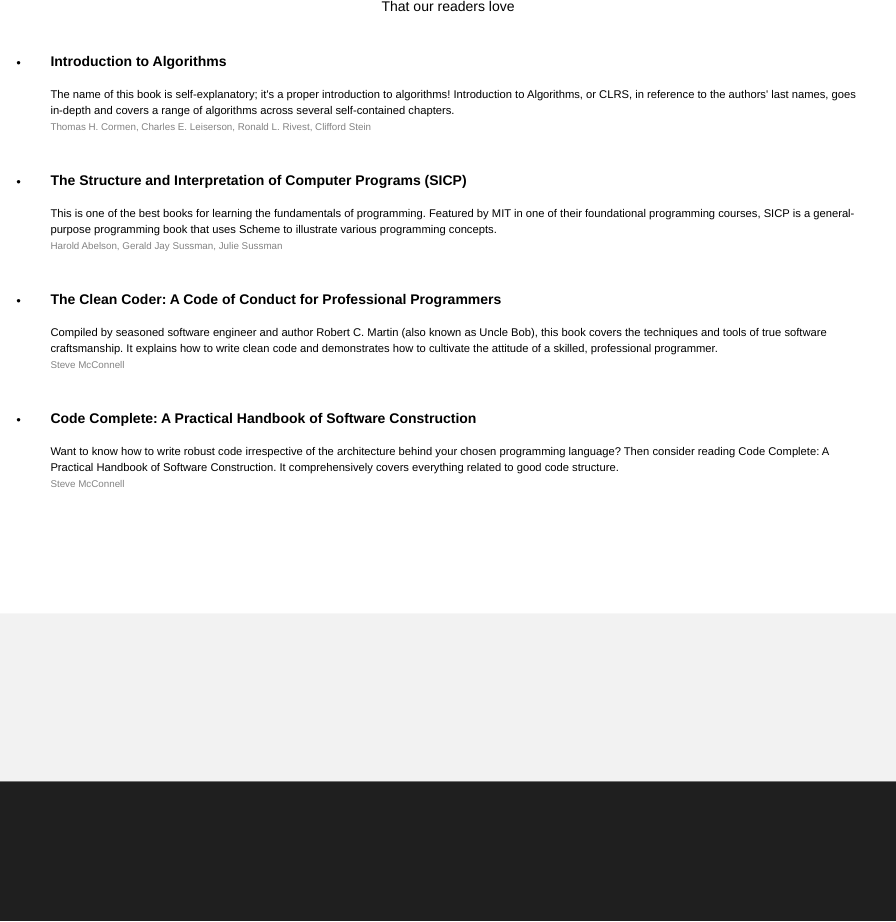
Repository: MWilliams-26/se_project_library
Page: index.html
An editor plug-in stored every save of this project. The page is shown before and after the next save, followed by the edit.
The browser window is 1280 px wide. The pictures show the part of the page from y = 1725 to 3645 px (the page is 3042 px tall before and 4202 px after), at 70% of full size.

Above is the page before, as saved 2023-04-03 10:29:37.

### index.html
<!DOCTYPE html>
<html lang="en">
  <head>
    <meta charset="UTF-8" />
    <meta name="viewport" content="width=device-width, initial-scale=1.0" />
    <title>Practicum Library</title>
    <link rel="shortcut icon" href="favicon.ico" />
    <link rel="stylesheet" href="./styles/normalize.css" />
    <link rel="stylesheet" href="./styles/style.css" />
  </head>

  <body>
    <!-- Wrap the entire page content in a new div with the page class. Remember to add the closing tag -->
    <div class="page">
      <header class="header">
        <nav class="nav">
          <img
            src="./images/logo.png"
            alt="Practicum Library Logo"
            class="logo"
          />
          <!-- Putting navigation links in a list is supposed to be the best practice of writing the semantic code since it allows screen readers to pause between each link instead of reading all the links as a sentence. -->
          <ul class="nav__links">
            <li>
              <a class="nav__link">Staff picks</a>
            </li>
            <li>
              <a class="nav__link">Events</a>
            </li>
            <li>
              <a class="nav__link">Become a member</a>
            </li>
            <li>
              <a class="nav__link">About</a>
            </li>
            <li>
              <a class="nav__link">Contacts</a>
            </li>
          </ul>
        </nav>
        <h1 class="header__title">Welcome to the Practicum Library</h1>
        <p class="header__description">
          We're pleased to open our library doors to everyone! Come and expand
          your development knowledge, or just use this lovely spot to work or
          study. This is a cool place for cool students!
        </p>
        <!-- ----------------------------------------------------------------- -->
        <!--               Don't uncomment until project stage 2               -->
        <!-- ----------------------------------------------------------------- -->
        <img
          src="./images/inside_the_library.png"
          alt="Illustration 'Inside the library'"
          class="header__image"
        />
        <div class="header__footer">
          <a class="header__link">About the library &darr;</a>
          <p class="header__address">
            200 Success Avenue, The Town of Practicum
          </p>
        </div>
      </header>

      <main class="content">
        <section class="events">
          <div class="events__content">
            <h2 class="events__heading">Upcoming events:</h2>
            <h3 class="events__title">
              In honor of Joan Feynman: Women in astrophysics
            </h3>
            <div class="event-info events__info-section">
              <div class="event-info__item">
                <div
                  class="event-info__icon event-info__icon_type_calendar"
                ></div>
                <p class="event-info__text">Mon, January 12</p>
              </div>
              <div class="event-info__item">
                <div class="event-info__icon event-info__icon_type_pin"></div>
                <p class="event-info__text">
                  Practicum Library Conference Hall & Online
                </p>
              </div>
            </div>
            <p class="events__description">
              At this event, which celebrates the library's namesake, our guest
              lecturer will take us on a journey exploring some of the most
              prominent female researchers in the world of space science. It's
              easy to buy into the misconception that this field was mostly
              dominated by men, but our lecture aims to change that notion and
              prove that this hasn't been the case since at least the 18th
              century.
            </p>
            <a href="#" class="events__more">More events &rarr;</a>
          </div>
          <div class="events__cover">
            <img
              class="events__image"
              src="images/cafe.png"
              alt="events image"
            />
            <div class="person person_name_feynman">
              <p class="person__caption">Joann Feynman</p>
              <img
                class="person__image person__image_size_l"
                src="images/person_feynman.png"
                alt="Joann Feyman"
              />
            </div>
            <div class="person person_name_burbidge">
              <p class="person__caption">Margaret Burbidge</p>
              <img
                class="person__image person__image_size_m"
                src="images/person_burbidge.png"
                alt="Margaret Burbidge"
              />
            </div>
            <div class="person person_name_cannon">
              <img
                class="person__image person__image_size_m"
                src="images/person_cannon.png"
                alt="Annie Jump Cannon"
              />
              <p class="person__caption">Annie Jump Cannon</p>
            </div>
            <div class="person person_name_burbidge">
              <p class="person__caption">Margaret Burbidge</p>
              <img
                class="person__image person__image_size_m"
                src="images/person_burbidge.png"
                alt="Margaret Burbidge"
              />
            </div>
            <div class="person person_name_mitchell">
              <img
                class="person__image person__image_size_s"
                src="images/person_mitchell.png"
                alt="Maria Mitchell"
              />
              <p class="person__caption">Maria Mitchell</p>
            </div>
            <div class="person person_name_tarter">
              <p class="person__caption">Jill Tarter</p>
              <img
                class="person__image person__image_size_m"
                src="images/person_tarter.png"
                alt="Jill Tarter"
              />
            </div>
          </div>
        </section>

        <section class="staff">
          <!-- --------------------------------------------------------------- -->
          <!--        Don't uncomment until the final project stage            -->
          <!-- --------------------------------------------------------------- -->
          <h2 class="staff__title">Staff picks</h2>
          <p class="staff__subtitle">That our readers love</p>
          <ul>
            <li class="card">
              <div class="card__content">
                <h3 class="card__title">Introduction to Algorithms</h3>
                <p class="card__text">
                  The name of this book is self-explanatory; it's a proper
                  introduction to algorithms! Introduction to Algorithms, or
                  CLRS, in reference to the authors' last names, goes in-depth
                  and covers a range of algorithms across several self-contained
                  chapters.
                </p>
                <p class="card__footer">
                  Thomas H. Cormen, Charles E. Leiserson, Ronald L. Rivest,
                  Clifford Stein
                </p>
              </div>
            </li>

            <li class="card">
              <div class="card__content">
                <h3 class="card__title">
                  The Structure and Interpretation of Computer Programs (SICP)
                </h3>
                <p class="card__text">
                  This is one of the best books for learning the fundamentals of
                  programming. Featured by MIT in one of their foundational
                  programming courses, SICP is a general-purpose programming
                  book that uses Scheme to illustrate various programming
                  concepts.
                </p>
                <p class="card__footer">
                  Harold Abelson, Gerald Jay Sussman, Julie Sussman
                </p>
              </div>
            </li>

            <li class="card">
              <div class="card__content">
                <h3 class="card__title">
                  The Clean Coder: A Code of Conduct for Professional
                  Programmers
                </h3>
                <p class="card__text">
                  Compiled by seasoned software engineer and author Robert C.
                  Martin (also known as Uncle Bob), this book covers the
                  techniques and tools of true software craftsmanship. It
                  explains how to write clean code and demonstrates how to
                  cultivate the attitude of a skilled, professional programmer.
                </p>
                <p class="card__footer">Steve McConnell</p>
              </div>
            </li>

            <li class="card">
              <div class="card__content">
                <h3 class="card__title">
                  Code Complete: A Practical Handbook of Software Construction
                </h3>
                <p class="card__text">
                  Want to know how to write robust code irrespective of the
                  architecture behind your chosen programming language? Then
                  consider reading Code Complete: A Practical Handbook of
                  Software Construction. It comprehensively covers everything
                  related to good code structure.
                </p>
                <p class="card__footer">Steve McConnell</p>
              </div>
            </li>
          </ul>
        </section>

        <section class="membership">
          <!-- --------------------------------------------------------------- -->
          <!--         Don't uncomment until the final project stage           -->
          <!-- --------------------------------------------------------------- -->
          <!--<h2 class="membership__title">Becoming a library member is easy!</h2>
        <ul class="membership__steps">
          <li class="step">
            <h3 class="step__title">
              Step 1
              <img
                src="./images/icon_step_forward.svg"
                alt="icon forward"
                class="step__icon"
              />
            </h3>
            <p class="step__description">
              Fill out the membership form online or in person.
            </p>
          </li>
          <li class="step">
            <h3 class="step__title">
              Step 2
              <img
                src="./images/icon_step_forward.svg"
                alt="icon forward"
                class="step__icon"
              />
            </h3>
            <p class="step__description">
              Come pick up your library card at the front desk.
            </p>
          </li>
          <li class="step">
            <h3 class="step__title">
              Step 3
              <img
                src="./images/icon_step_forward.svg"
                alt="icon forward"
                class="step__icon"
              />
            </h3>
            <p class="step__description">Sign the back of the card.</p>
          </li>
          <li class="step">
            <h3 class="step__title">
              Step 4
              <img
                src="./images/icon_step_finish.svg"
                alt="icon finish"
                class="step__icon"
              />
            </h3>
            <p class="step__description">
              Enjoy all the awesome benefits of membership!
            </p>
          </li>
        </ul>-->
        </section>

        <section class="about">
          <!-- --------------------------------------------------------------- -->
          <!--          Don't uncomment until the final project stage          -->
          <!-- --------------------------------------------------------------- -->
          <!--<h2 class="about__title">About the library</h2>
        <div class="about__content">
          <p class="about__paragraph">
            Libraries are essential establishments in practically every city,
            and Practicum's library is no exception. It first opened its doors
            way back in 2018, right as our humble town began bidding welcome to
            its very first citizens!
          </p>
          <p class="about__paragraph">
            Since its initial opening, the library has seen nearly 342 visitors
            each month. That's almost 50% of our population! So far, most
            citizens have enjoyed reading books and making use of our ample
            online resources.
          </p>
          <p class="about__paragraph">
            The library gets its name from Joan Feynman, an American
            astrophysicist and the first woman to be elected as an officer of
            the American Geophysical Union.
          </p>
        </div>
        <div class="about__circle"></div> -->
        </section>
      </main>
      <footer class="footer">
        <!-- ----------------------------------------------------------------- -->
        <!--          Don't uncomment until the final project stage            -->
        <!-- ----------------------------------------------------------------- -->
      </footer>
    </div>
  </body>
</html>

### styles/style.css
.page {
  /* Add page class properties here */
  min-width: 1100px;
  max-width: 1600px;
  margin: 0 auto;
  font-family: Helvetica Neue, Arial, sans-serif;
  font-size: 16px;
  line-height: 20px;
}

.header {
  height: 100vh;
  min-height: 720px;
  max-height: 800px;
  padding: 30px 80px 0;
  position: relative;
  box-sizing: border-box;
}

.nav {
  /* Add flex properties here */
  display: flex;
  justify-content: space-between;
  align-items: stretch;
  flex-flow: row wrap;
  margin-top: 8px;
}

.logo {
  width: 196px;
  height: 60px;
}

.nav__links {
  /* Reset default list styles here */
  margin: 0 0 0;
  display: flex;
  column-gap: 20px;
  list-style: none;
}

.nav__link {
  color: #000000;
  text-decoration: none;
  font-weight: bold;
}

.header__title {
  font-size: 66px;
  line-height: 76px;
  font-weight: 500;
  max-width: 544px;
  margin-top: 150px;
  margin-bottom: 32px;
}

.header__description {
  font-size: 20px;
  line-height: 30px;
  max-width: 532px;
}

.header__image {
  position: absolute;
  max-width: 636px;
  top: 135px;
  right: 20px;
  z-index: 1;
}

.header__footer {
  position: absolute;
  left: 0;
  bottom: 40px;
  width: 100%;
  display: flex;
  align-items: center;
  padding: 40px 80px 0;
  justify-content: space-between;
  box-sizing: border-box;
}

.header__link {
  color: #2f80ed;
  text-decoration: none;
}

.header__address {
  margin: 0;
  color: #838383;
}

.events {
  padding: 100px 0 120px 80px;
  display: flex;
  align-items: start;
  justify-content: space-between;
  box-sizing: border-box;
  background-color: #f2f2f2;
}
.events__content {
  flex-basis: 580px;
}

.events__heading {
  font-size: 20px;
  font-weight: 500;
  line-height: 30px;
  margin: 0;
}

.events__title {
  font-size: 44px;
  font-weight: 500;
  line-height: 52px;
  margin: 32px 0 0;
}

.events__info-section {
  margin-top: 32px;
}

.event-info__item {
  display: flex;
  align-items: center;
  margin-bottom: 4px;
  font-weight: 500;
}

.event-info__icon {
  background-repeat: no-repeat;
  background-position: center;
  margin-right: 12px;
  width: 24px;
  height: 24px;
}

.event-info__icon_type_calendar {
  background-image: url(../images/icon_calendar.svg);
}

.event-info__icon_type_pin {
  background-image: url(../images/icon_pin.svg);
}

.event-info__text {
  font-size: 20px;
  font-weight: 500;
  line-height: 30px;
  margin: 0;
}

.events__description {
  margin: 40px 0 60px;
}

.events__more {
  color: #2f80ed;
  text-decoration: none;
}

.events__cover {
  flex-grow: 1;
  flex-shrink: 0;
  flex-basis: 780px;
  max-width: 780px;
  position: relative;
}

.events__image {
  max-width: 100%;
}

.person {
  position: absolute;
  display: flex;
  align-items: center;
  flex-direction: column;
  gap: 10px;
}

.person_name_feynman {
  position: absolute;
  top: -30px;
  left: 319px;
}

.person_name_burbidge {
  top: 96px;
  right: 125px;
}

.person_name_cannon {
  bottom: 18px;
  right: 216px;
}

.person_name_mitchell {
  bottom: 82px;
  left: 142px;
}

.person_name_tarter {
  top: 79px;
  left: 159px;
}

.person__image {
  max-width: 100%;
}

.person__image_size_l {
  width: 140px;
}

.person__image_size_m {
  width: 100px;
}

.person__image_size_s {
  width: 80px;
}

.person__caption {
  text-align: center;
  font-size: 14px;
  margin: 0;
}
.staff {
  padding: 100px 0 140px;
}

.staff__title {
  text-align: center;
  font-size: 44px;
  line-height: 52px;
  margin: 0 0 24px;
}

.staff__subtitle {
  text-align: center;
  font-size: 20px;
  line-height: 30px;
  font-weight: 400;
  margin: 0;
}

/* Add the CSS rule for your new class here. Make sure to place it before .card: parents should precede their children */

.card {
  background-color: #fff;
  border-radius: 6px;
  padding: 32px 40px 20px 32px;
  box-sizing: border-box;
}

.card__content {
  width: 100%;
  height: 100%;
  display: flex;
  flex-direction: column;
}

.card__title {
  font-size: 20px;
  line-height: 30px;
  font-weight: 700;
  margin: 0;
}

.card__text {
  margin: 20px 0 0;
  font-size: 16px;
  line-height: 24px;
}

.card__footer {
  margin: 0;
  font-size: 14px;
  line-height: 20px;
  color: #838383;
}

.membership {
  padding: 100px 0 140px;
  background-color: #f2f2f2;
}

.membership__title {
  max-width: 574px;
  margin: 0 auto;
  text-align: center;
  font-size: 44px;
  font-weight: 500;
  line-height: 52px;
}

.membership__steps {
  list-style-type: none;
  padding: 0;
  margin: 100px 0 0;
  /* Add styles */
}

.step {
  /* Add styles */
}

.step__title {
  margin: 0;
  font-size: 20px;
  line-height: 30px;
  font-weight: 700;
  display: flex;
  align-items: center;
}

.step__icon {
  margin-left: 20px;
}

.step__description {
  margin: 10px 0 0;
}

.about {
  padding: 100px 80px;
  background-color: #1f1f1f;
  color: #fff;
  overflow: hidden;
  position: relative;
  box-sizing: border-box;
}

.about__title {
  margin: 0;
  font-size: 20px;
  line-height: 30px;
  font-weight: 500;
  z-index: 1;
}

.about__content {
  font-size: 20px;
  line-height: 30px;
  font-weight: 400;
  max-width: 660px;
}

.about__paragraph {
  margin: 0 0 32px;
}

.about__circle {
  background-color: #2f80ed;
  width: 495px;
  height: 495px;
  border-radius: 50%;
}

.footer {
  box-sizing: border-box;
}

.footer__columns {
}

.footer__column_content_hours {
}

.footer__column_content_social {
}

.footer__logo {
}

.footer__list {
  /* The code below removes the default browser styles for lists */
  list-style-type: none;
  padding: 0;
  margin: 0;
}

.footer__list-item {
}

.footer__column-heading {
}

.footer__column-link {
  color: white;
  font-size: 16px;
  line-height: 20px;
  text-decoration: none;
}

.footer__social-icon {
}

.footer__copyright {
}

Loaded but not shown: styles/normalize.css (library)

After the next save:
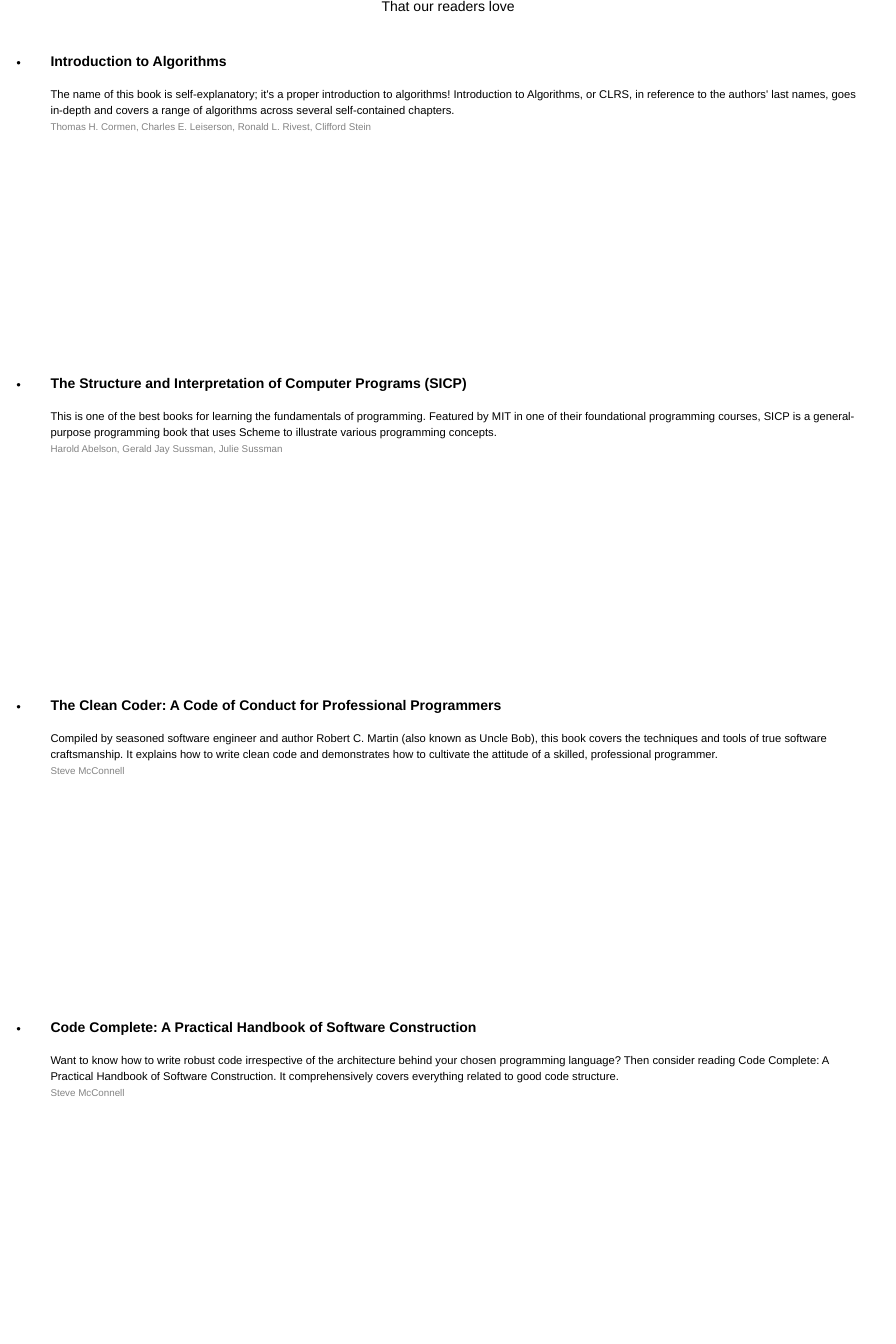
Saved 2 min 16 s later.
--- a/styles/style.css
+++ b/styles/style.css
@@ -252,6 +252,7 @@
   border-radius: 6px;
   padding: 32px 40px 20px 32px;
   box-sizing: border-box;
+  height: 460px;
 }
 
 .card__content {

After the save that followed:
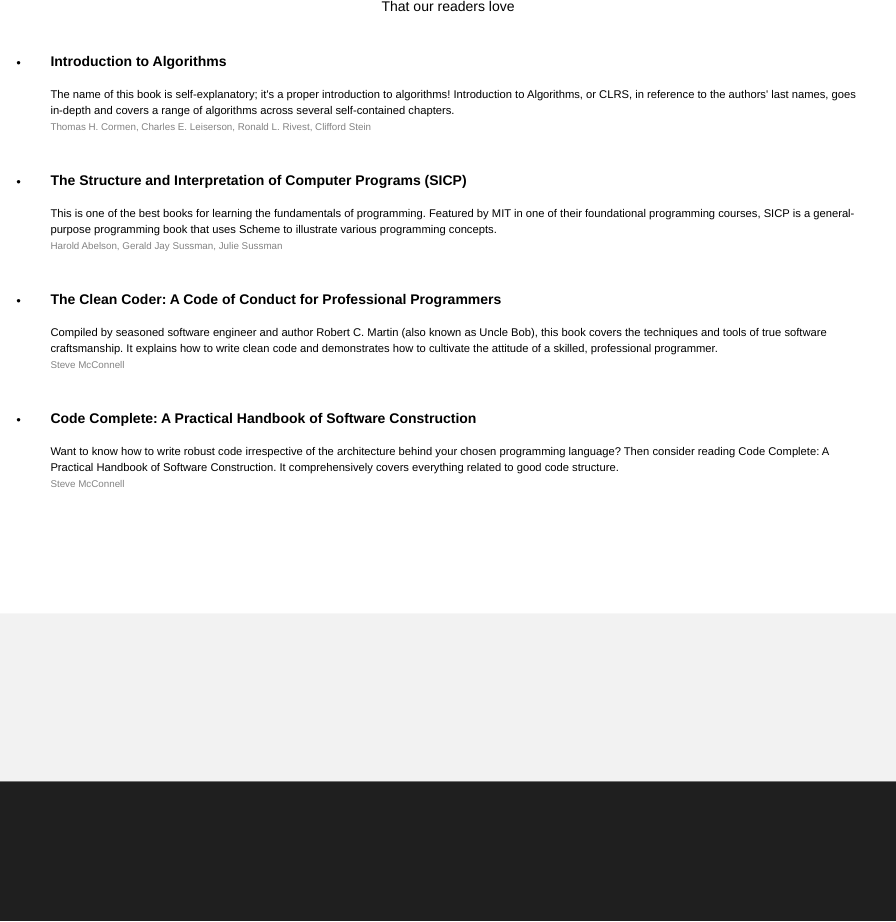
Saved 28 s later.
--- a/styles/style.css
+++ b/styles/style.css
@@ -252,7 +252,7 @@
   border-radius: 6px;
   padding: 32px 40px 20px 32px;
   box-sizing: border-box;
-  height: 460px;
+  height: 420px 360px;
 }
 
 .card__content {
